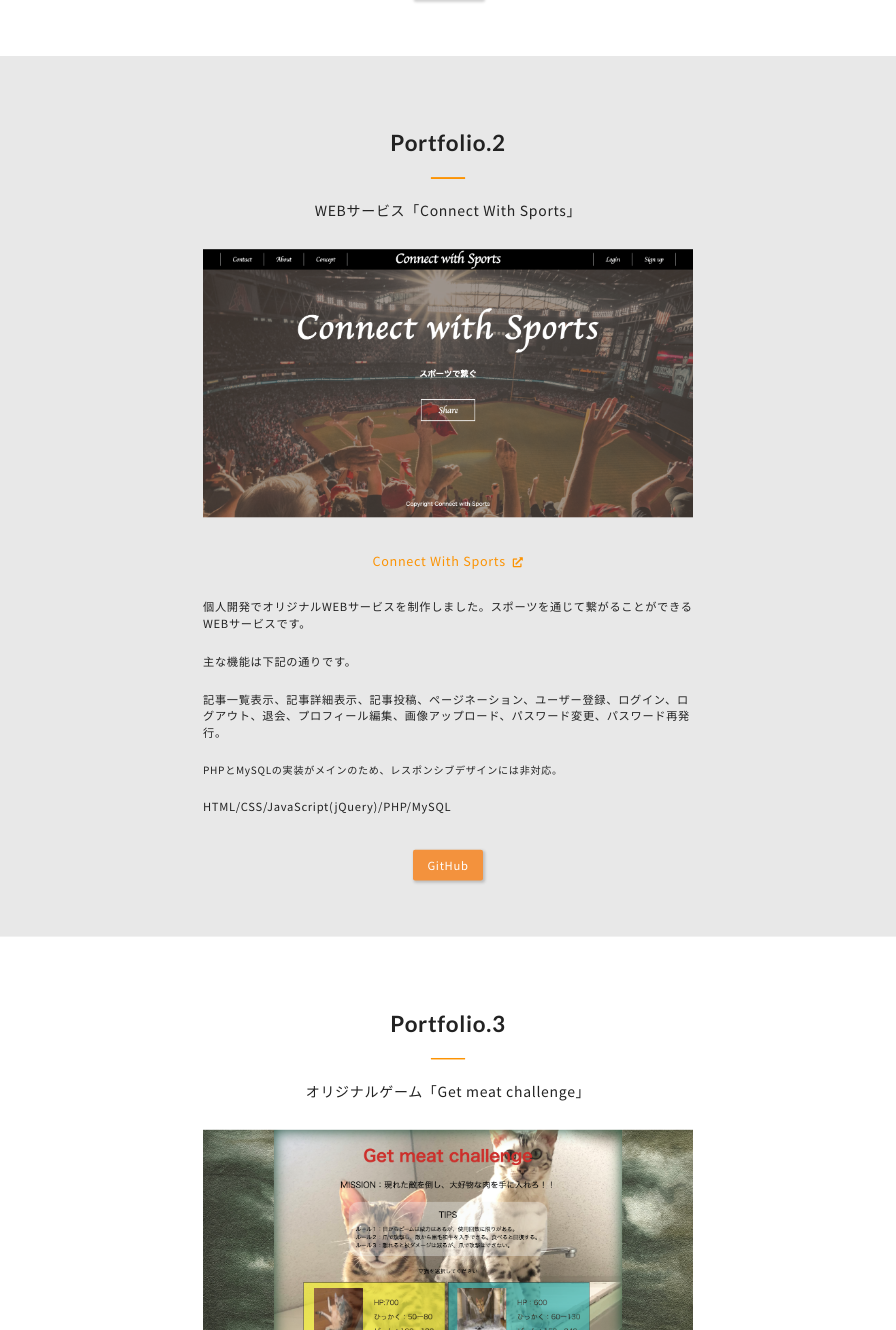
Repository: shuehi23/Portfolio
Page: portfolio/portfolio.html
The author's editor kept a copy of each file at every save. The page is drawn from the files as they stood at one save, then again after the next save.
The browser window is 1280 px wide. The pictures show the part of the page from y = 1860 to 3760 px (the page is 6914 px tall before and 7034 px after), at 70% of full size.
A picture or video elsewhere on the page could not be fetched, so the positions and the page height are approximate. Some web libraries are served in a nearby version.

Above is the page before, as saved 2020-10-19 09:28:43.

After the next save:
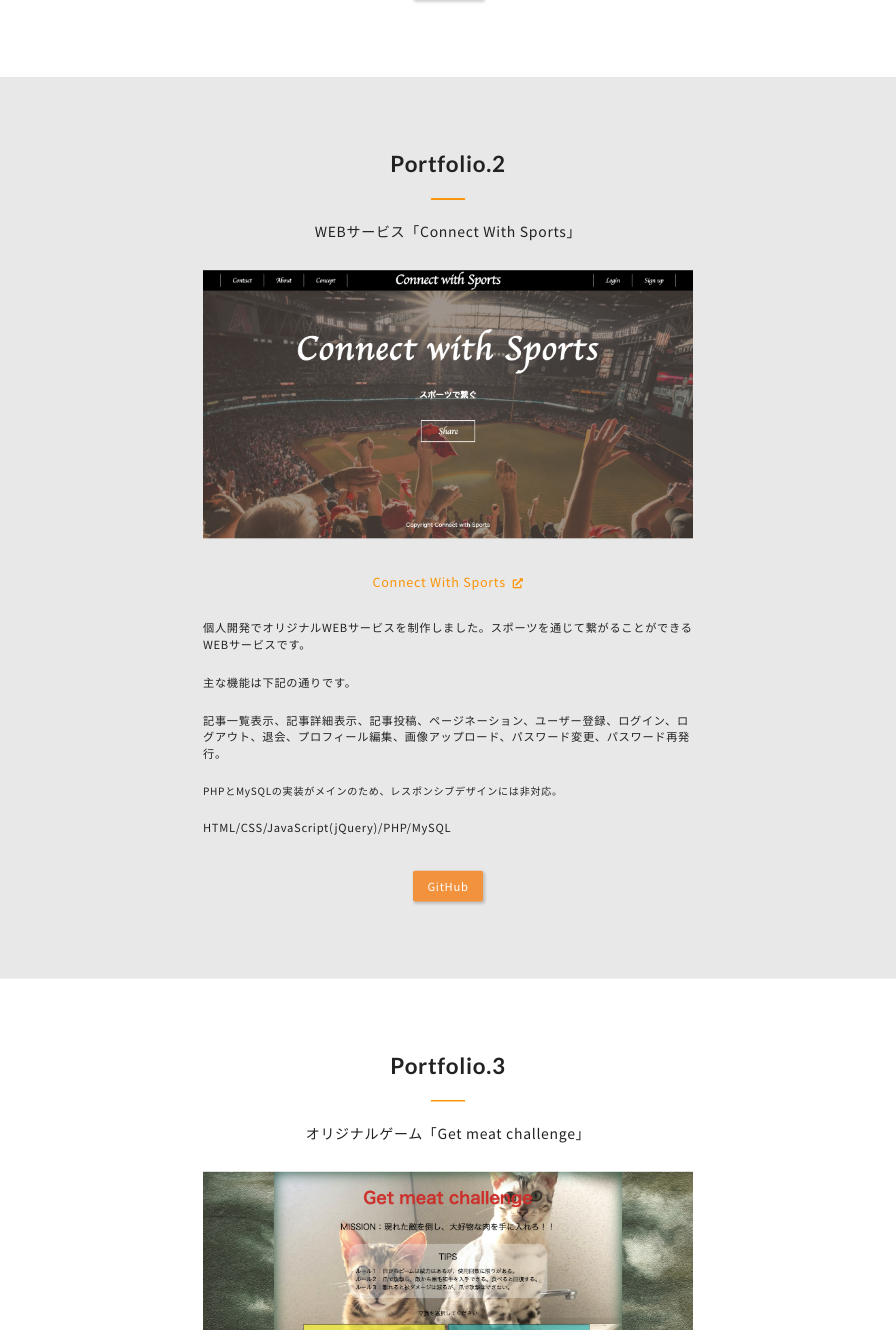
Saved 65 s later.
--- a/portfolio/portfolio.html
+++ b/portfolio/portfolio.html
@@ -74,7 +74,7 @@
         <p class="p-detail_text">
           HTML/Scss/bootstrap/JavaScript(jQuery)
         </p>
-        <p class="p-deteail_text c-btn--wrap">
+        <p class="p-detail_text c-btn--wrap">
           <a href="#" class="c-btn--link">GitHub</a>
         </p>
       </div>
@@ -106,7 +106,7 @@
         <p class="p-detail_text">
               HTML/CSS/JavaScript(jQuery)/PHP/MySQL
         </p>
-        <p class="p-deteail_text c-btn--wrap">
+        <p class="p-detail_text c-btn--wrap">
           <a href="#" class="c-btn--link">GitHub</a>
         </p>
       </div>
@@ -135,7 +135,7 @@
         <p class="p-detail_text">
                   PHP/HTML/CSS/JavaScript(jQuery)
         </p>
-        <p class="p-deteail_text c-btn--wrap">
+        <p class="p-detail_text c-btn--wrap">
           <a href="#" class="c-btn--link">GitHub</a>
         </p>
       </div>
@@ -168,7 +168,7 @@
         <p class="p-detail_text">
                   HTML/SASS(scss)/Laravel/Vue.js/MySQL/MAMP環境
         </p>
-        <p class="p-deteail_text c-btn--wrap">
+        <p class="p-detail_text c-btn--wrap">
           <a href="#" class="c-btn--link">GitHub</a>
         </p>
       </div>
